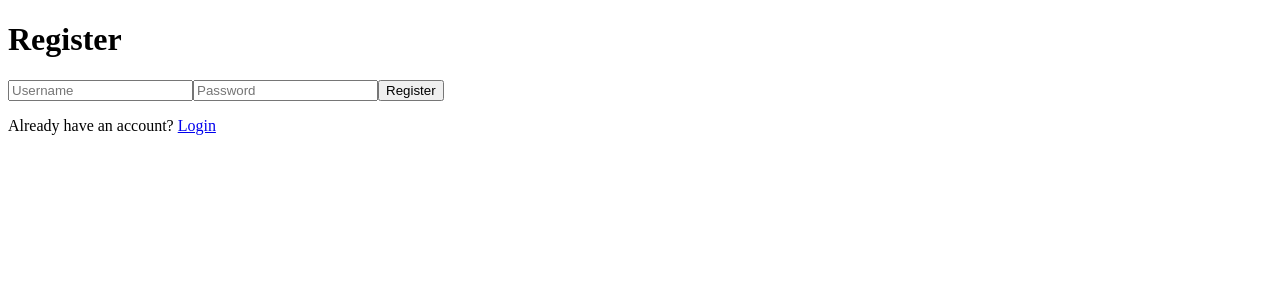
Repository: BMXracer44/CalendarConnect
Page: /register (app in frontend/)
An editor plug-in stored every save of this project. The page is shown before and after the next save, followed by the edit.
The browser window is 1280 px wide. The pictures show the whole page.
The project was rebuilt for these pictures with package versions that can differ from the ones it lists, and the page was loaded fresh each time. Also part of the build but not shown: frontend/src/pages/Login.jsx, frontend/src/styles.css.

Above is the page before, as saved 2026-04-01 11:43:54.

After the next save:
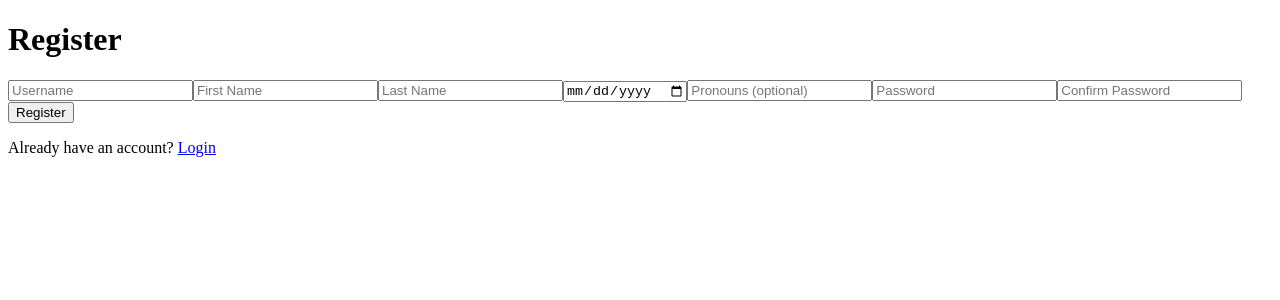
Saved 3 min 14 s later.
--- a/frontend/src/pages/Register.jsx
+++ b/frontend/src/pages/Register.jsx
@@ -1,15 +1,152 @@
-import React from "react";
+import React, { useState } from "react";
 import { Link } from "react-router-dom";
 
 const Register = () => {
+  const [formData, setFormData] = useState({
+    username: "",
+    firstName: "",
+    lastName: "",
+    dateOfBirth: "",
+    pronouns: "",
+    password: "",
+    confirmPassword: ""
+  });
+
+  const handleChange = (e) => {
+    setFormData({
+      ...formData,
+      [e.target.name]: e.target.value
+    });
+  };
+
+  // Password rule: 8+ chars, 1 number, 1 special character
+  const validatePassword = (password) => {
+    const passwordRegex =
+      /^(?=.*[0-9])(?=.*[!@#$%^&*])[A-Za-z0-9!@#$%^&*]{8,}$/;
+
+    return passwordRegex.test(password);
+  };
+
+  // Age check (must be 13+)
+  const isAtLeast13 = (dob) => {
+    const birthDate = new Date(dob);
+    const today = new Date();
+
+    let age = today.getFullYear() - birthDate.getFullYear();
+    const monthDiff = today.getMonth() - birthDate.getMonth();
+
+    if (
+      monthDiff < 0 ||
+      (monthDiff === 0 && today.getDate() < birthDate.getDate())
+    ) {
+      age--;
+    }
+
+    return age >= 13;
+  };
+
+  const handleSubmit = (e) => {
+    e.preventDefault();
+
+    // Check required fields
+    if (
+      !formData.username ||
+      !formData.firstName ||
+      !formData.lastName ||
+      !formData.dateOfBirth ||
+      !formData.password ||
+      !formData.confirmPassword
+    ) {
+      alert("Please fill in all required fields.");
+      return;
+    }
+
+    // Age validation
+    if (!isAtLeast13(formData.dateOfBirth)) {
+      alert("You must be at least 13 years old to register.");
+      return;
+    }
+
+    // Password validation
+    if (!validatePassword(formData.password)) {
+      alert(
+        "Password must be at least 8 characters long and include a number and a special character."
+      );
+      return;
+    }
+
+    // Confirm password check
+    if (formData.password !== formData.confirmPassword) {
+      alert("Passwords do not match!");
+      return;
+    }
+
+    console.log("Register submitted:", formData);
+  };
+
   return (
     <div className="register">
       <h1>Register</h1>
-      <form>
-        <input type="text" placeholder="Username" />
-        <input type="password" placeholder="Password" />
+
+      <form onSubmit={handleSubmit}>
+        <input
+          type="text"
+          name="username"
+          placeholder="Username"
+          value={formData.username}
+          onChange={handleChange}
+        />
+
+        <input
+          type="text"
+          name="firstName"
+          placeholder="First Name"
+          value={formData.firstName}
+          onChange={handleChange}
+        />
+
+        <input
+          type="text"
+          name="lastName"
+          placeholder="Last Name"
+          value={formData.lastName}
+          onChange={handleChange}
+        />
+
+        <input
+          type="date"
+          name="dateOfBirth"
+          value={formData.dateOfBirth}
+          onChange={handleChange}
+        />
+
+        <input
+          type="text"
+          name="pronouns"
+          placeholder="Pronouns (optional)"
+          value={formData.pronouns}
+          onChange={handleChange}
+        />
+
+        <input
+          type="password"
+          name="password"
+          placeholder="Password"
+          value={formData.password}
+          onChange={handleChange}
+        />
+
+        <input
+          type="password"
+          name="confirmPassword"
+          placeholder="Confirm Password"
+          value={formData.confirmPassword}
+          onChange={handleChange}
+        />
+
         <button type="submit">Register</button>
       </form>
+
       <p>
         Already have an account? <Link to="/">Login</Link>
       </p>
